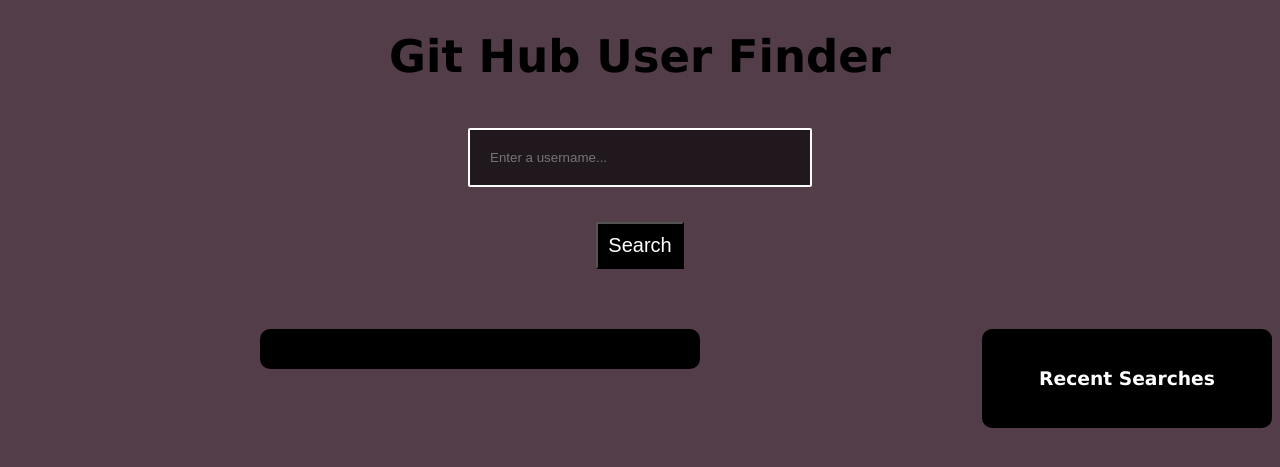
Repository: Dharshinimk-521/github-user-finder
Page: index.html
An editor plug-in stored every save of this project. The page is shown before and after the next save, followed by the edit.
The browser window is 1280 px wide. The pictures show the whole page.
Some web fonts or font styles are not loaded; a fallback is used.

Above is the page before, as saved 2026-04-13 22:00:40.

### index.html
<!DOCTYPE html>
<html>
    <head>
       <meta charset="UTF-8" />
        <meta name="viewport" content="width=device-width, initial-scale=1.0" />
        <title>GITHUB USER FINDER</title>
        <link rel="preconnect" href="https://fonts.googleapis.com">
        <link rel="preconnect" href="https://fonts.gstatic.com" crossorigin>
        <link href="https://fonts.googleapis.com/css2?family=Bitcount+Single:wght@100..900&family=Cedarville+Cursive&family=Edu+NSW+ACT+Cursive:wght@400..700&family=Inter:ital,opsz,wght@0,14..32,100..900;1,14..32,100..900&family=Iosevka+Charon:ital,wght@0,300;0,400;0,500;0,700;1,300;1,400;1,500;1,700&family=Open+Sans:ital,wght@0,300..800;1,300..800&family=Oswald:wght@200..700&family=Roboto+Mono:ital,wght@0,100..700;1,100..700&family=Roboto:ital,wght@0,500;1,500&family=Saira+Stencil:ital,wght@0,100..900;1,100..900&family=Sekuya&family=Share+Tech&display=swap" rel="stylesheet">
        <link rel="stylesheet" href="style.css">
        <script src="github.js" defer></script>
    </head>
    <body>
        <h1 class="title">Git Hub User Finder</h1>
         <input id="input" type="text" placeholder="Enter a username...">
        <!--buttons-->
        <br>
        <button id="search">Search</button>
        <div class="main-container">
            <div id="profile"></div>
            <div class="recent-box">
                <h3>Recent Searches</h3>
                <ul id="recentList"></ul>
            </div>
        </div>

    </body>
</html>

### style.css
body{
    background-color: #523D49;
    font-family: Verdana, Geneva, Tahoma, sans-serif;
    color:black;
    text-align: center;
}
.title{
   font-size:45px;
   text-decoration: dashed;
}
#input{
    background-color: rgba(0, 0, 0, 0.6); /* black with opacity */
    color: white;
    padding: 20px;
    margin:15px;
    border: 2px solid white;
    border-radius: 2px;
    outline:purple;
    width:300px;
}
#input:focus{
    border-color: #00ffcc;
    box-shadow: 0 0 10px #00ffcc;
}
#search{
    padding:10px;
    margin: 20px 10px;
    cursor: pointer;
    background-color: black;
    color: white;
    font-size: 20px;
}
#profile{
    display: flex;
    flex-direction: column;   /* stack items */
    align-items: center;      /* center everything */
    margin: 20px auto;
    padding: 20px;
    background-color: black;
    color: white;
    width: 400px;
    border-radius: 10px;
}
.repo-container {
    margin-top: 20px;
}


.repo-card a {
    display: inline-block;
    margin-top: 10px;
    color: #00ffcc;
    text-decoration: none;
}

.repo-card a:hover {
    text-decoration: underline;
}
#repo-title{
    color:#6D2224;
}
#repo-prof{
    display: block;
    margin: 0 auto 15px auto;
    width: 150px;
    height: 150px;
    border-radius: 50%;
}
#profile p {
    width: 100%;
    text-align: left;   /* cleaner for info */
    margin: 5px 0;
}
.main-container {
    display: flex;
    justify-content: center;
    align-items: flex-start;
    gap: 30px;
    margin-top: 20px;
}
.recent-box {
    margin-top:20px;
    background-color: black;
    color: white;
    padding: 20px;
    width: 250px;
    border-radius: 10px;
}

#recentList {
    list-style: none;
    padding: 0;
}

#recentList li {
    margin: 10px 0;
    cursor: pointer;
}

#recentList li:hover {
    color: #00ffcc;
}

### github.js
//Display:
// Profile name
// Avatar
// Public repos count

const search = document.getElementById("search");
const profDiv = document.getElementById("profile");
const recentList =document.getElementById("recentList")
let searches = JSON.parse(localStorage.getItem("searches")) || [];
function renderSearch() {
    recentList.innerHTML="";
    searches.forEach((user) => {
        const li = document.createElement("li");
        li.textContent=user;
        li.onclick = () => {
            document.getElementById("input").value = user;
            search.click();
        };
        recentList.appendChild(li)
    })
}

search.addEventListener("click", async function() {
    const username = document.getElementById("input").value.trim();
    if(!username){
        alert("enter an username");
        return;
    }
    try{
        const res = await fetch(`https://api.github.com/users/${username}`);

        if (!res.ok){
            throw new Error("user not found");
        }
        if(!searches.includes(username)){
            searches.unshift(username);//add to begining of that array searches
            if(searches.length>5){
                searches.pop();//keep only last 5

            }
            localStorage.setItem("searches",JSON.stringify(searches));
        }
        renderSearch();
        const data = await res.json();
        const repoRes= await fetch(`https://api.github.com/users/${username}/repos`);
        const repos = await repoRes.json();
        let repoHTML="";
        repos.forEach((repo) => {
            repoHTML+=`
            <div class ="repo-card">
                <h3>Repo: ${repo.name}</h3>
                <p>Stars: ${repo.stargazers_count} | ${repo.language || "No language"}</p>
                <a href=" ${repo.html_url}" target="_blank">View Repo</a>
                </div>`;
        });

        profDiv.innerHTML=
        `<img id="repo-prof" src="${data.avatar_url}" />
        <h2>Name: ${data.name || "No name provided"}</h2>
        <p> No. of Repos : ${data.public_repos}</p>
        <p>Bio: ${data.bio}</p>
        <p>Location: ${data.location}</p>
        <p>Followers: ${data.followers}</p>
        <p>Fllowing: ${data.following}</p>
        <h2 id="repo-title">REPO INFO</h2>
        <div class="repo-container">
            ${repoHTML}
            </div>`;


    } catch(err){
        console.log(err);
    }

});
renderSearch();

After the next save:
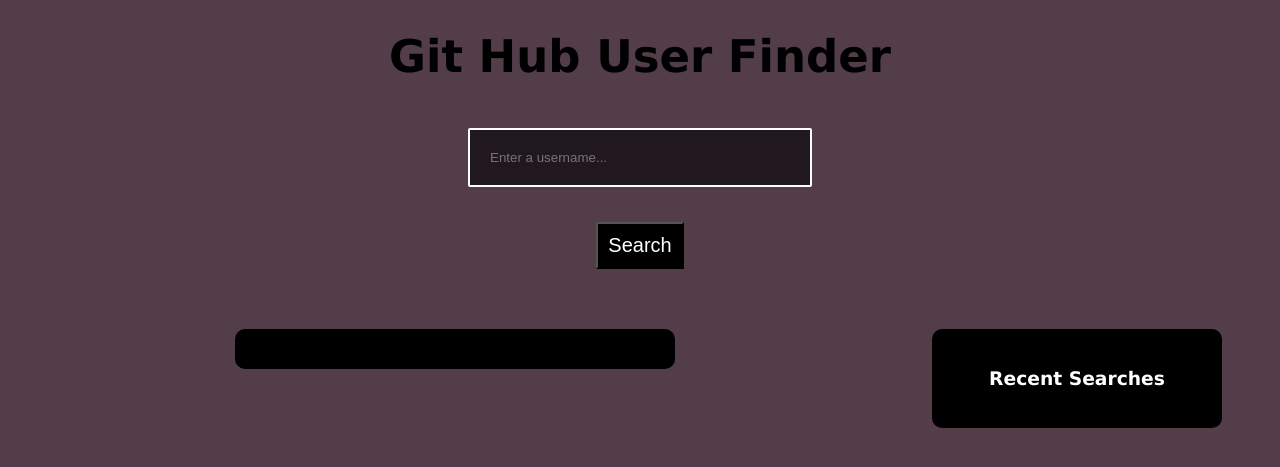
Saved 19 s later.
--- a/style.css
+++ b/style.css
@@ -80,6 +80,7 @@ body{
 }
 .recent-box {
     margin-top:20px;
+    margin-right: 50px;
     background-color: black;
     color: white;
     padding: 20px;
